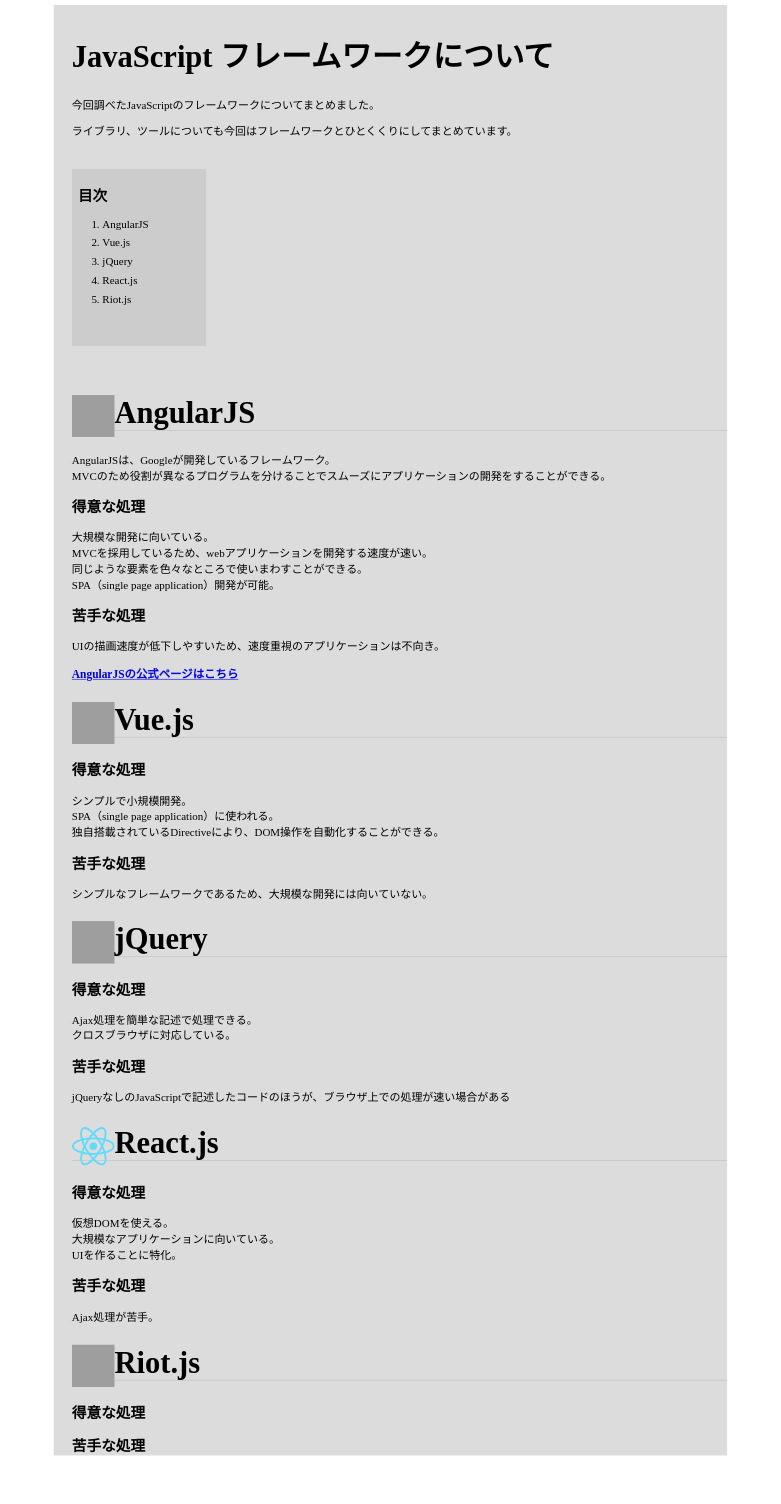
Repository: daichi-python/samurai_HTML_CSS
Page: Framework/index.html
The author's editor kept a record of every edit. The page is drawn from the files as they stood at one moment, then again after the next edit.
The browser window is 1280 px wide. The pictures show the whole page, at 61% of full size.
Pictures or frames that could not be fetched are drawn as grey boxes.

Above is the page before.

After the next edit:
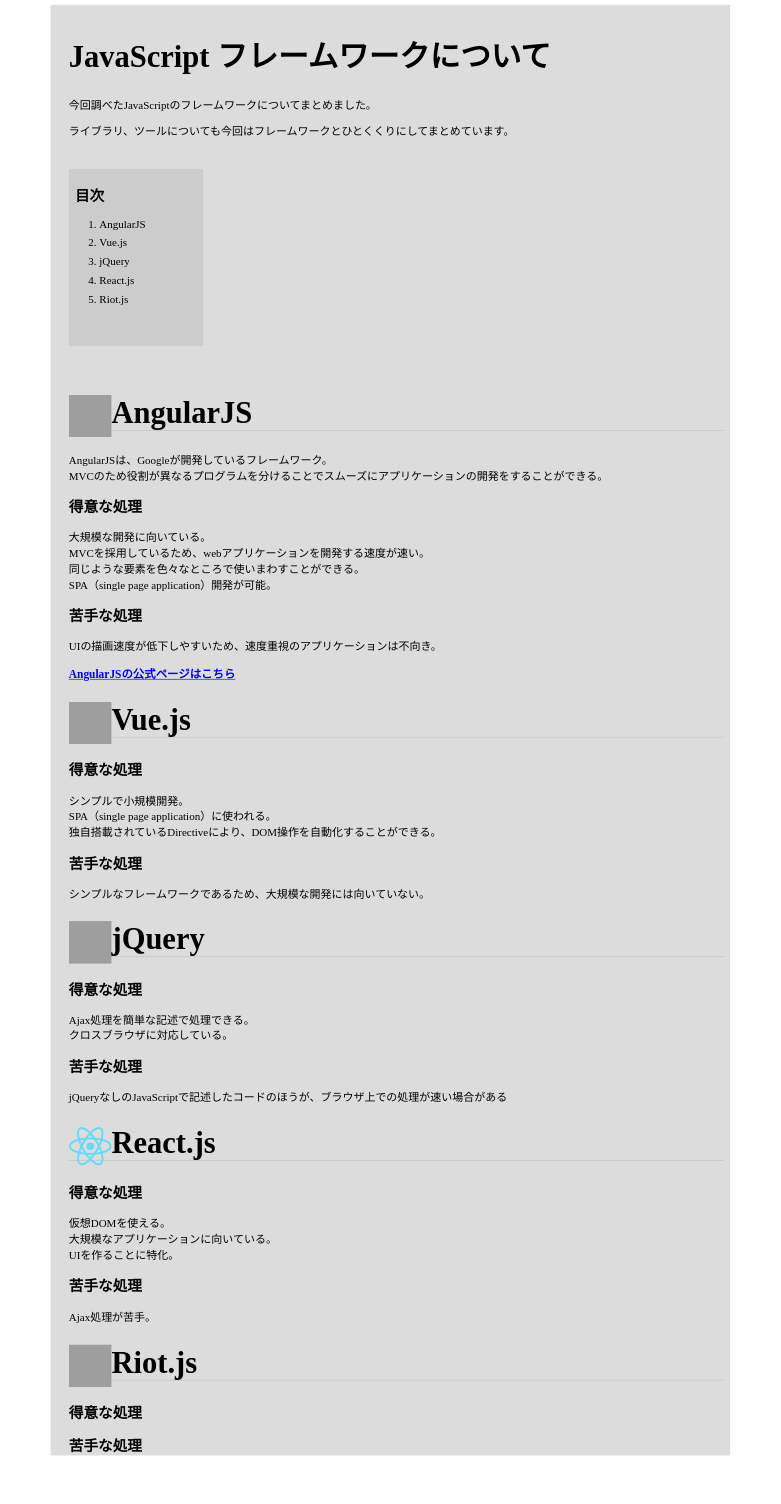
The edit:
--- a/Framework/stylesheet.css
+++ b/Framework/stylesheet.css
@@ -1,7 +1,7 @@
 .main {
     width: 85%;
     margin: 0 auto;
-    padding: 10px 0 0 30px;
+    padding: 10px 10px 0 30px;
     background-color: #DCDCDC;
 }
 
